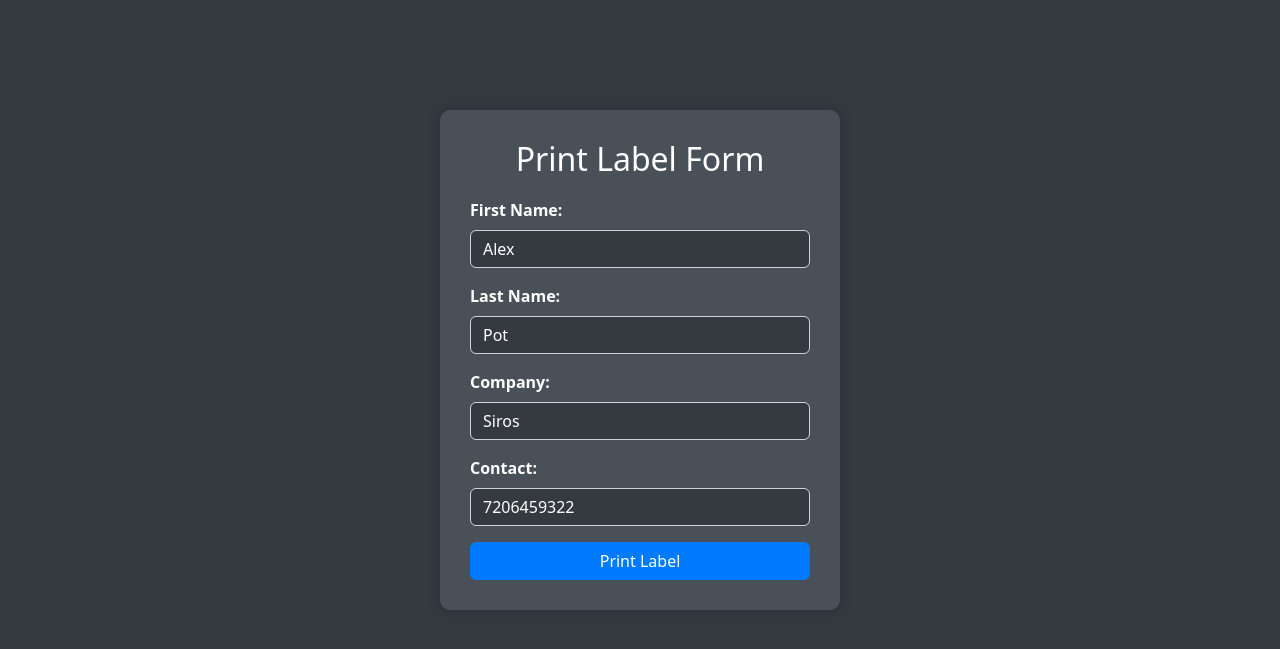
Repository: koenig39/brather
Page: templates/form.html
The author's editor kept a copy of each file at every save. The page is drawn from the files as they stood at one save, then again after the next save.
The browser window is 1280 px wide. The pictures show the whole page.

Above is the page before, as saved 2024-10-24 17:53:49.

### templates/form.html
<!DOCTYPE html>
<html lang="en">
<head>
    <meta charset="UTF-8">
    <meta http-equiv="X-UA-Compatible" content="IE=edge">
    <meta name="viewport" content="width=device-width, initial-scale=1.0">
    <title>Print Label Form</title>
    <!-- Bootstrap CSS -->
    <link href="https://cdn.jsdelivr.net/npm/bootstrap@5.3.0-alpha3/dist/css/bootstrap.min.css" rel="stylesheet">
    <style>
        body {
            background-color: #343a40;
            color: white;
            display: flex;
            justify-content: center;
            align-items: center;
            height: 100vh;
            margin: 0;
        }
        .form-container {
            background-color: #495057;
            padding: 30px;
            border-radius: 10px;
            box-shadow: 0 0 15px rgba(0, 0, 0, 0.2);
            width: 100%;
            max-width: 400px;
        }
        h2 {
            text-align: center;
            margin-bottom: 20px;
        }
        label {
            font-weight: bold;
        }
        .form-control {
            background-color: #343a40;
            color: white;
            border: 1px solid #ced4da;
        }
        .form-control:focus {
            background-color: #343a40;
            color: white;
            border-color: #86b7fe;
        }
        .btn-primary {
            background-color: #007bff;
            border-color: #007bff;
        }
        .btn-primary:hover {
            background-color: #0056b3;
            border-color: #004085;
        }
    </style>
</head>
<body>
    <div class="form-container">
        <h2>Print Label Form</h2>
        <form action="/submit" method="POST">
            <div class="mb-3">
                <label for="fname" class="form-label">First Name:</label>
                <input type="text" class="form-control" id="fname" name="fname" value="Alex" required>
            </div>

            <div class="mb-3">
                <label for="lname" class="form-label">Last Name:</label>
                <input type="text" class="form-control" id="lname" name="lname" value="Pot" required>
            </div>

            <div class="mb-3">
                <label for="company" class="form-label">Company:</label>
                <input type="text" class="form-control" id="company" name="company" value="Siros" required>
            </div>

            <div class="mb-3">
                <label for="contact" class="form-label">Contact:</label>
                <input type="text" class="form-control" id="contact" name="contact" value="7206459322" required>
            </div>

            <div class="d-grid">
                <button type="submit" class="btn btn-primary">Print Label</button>
            </div>
        </form>
    </div>

    <!-- Bootstrap JS (optional, for features like modals, tooltips) -->
    <script src="https://cdn.jsdelivr.net/npm/bootstrap@5.3.0-alpha3/dist/js/bootstrap.bundle.min.js"></script>
</body>
</html>

After the next save:
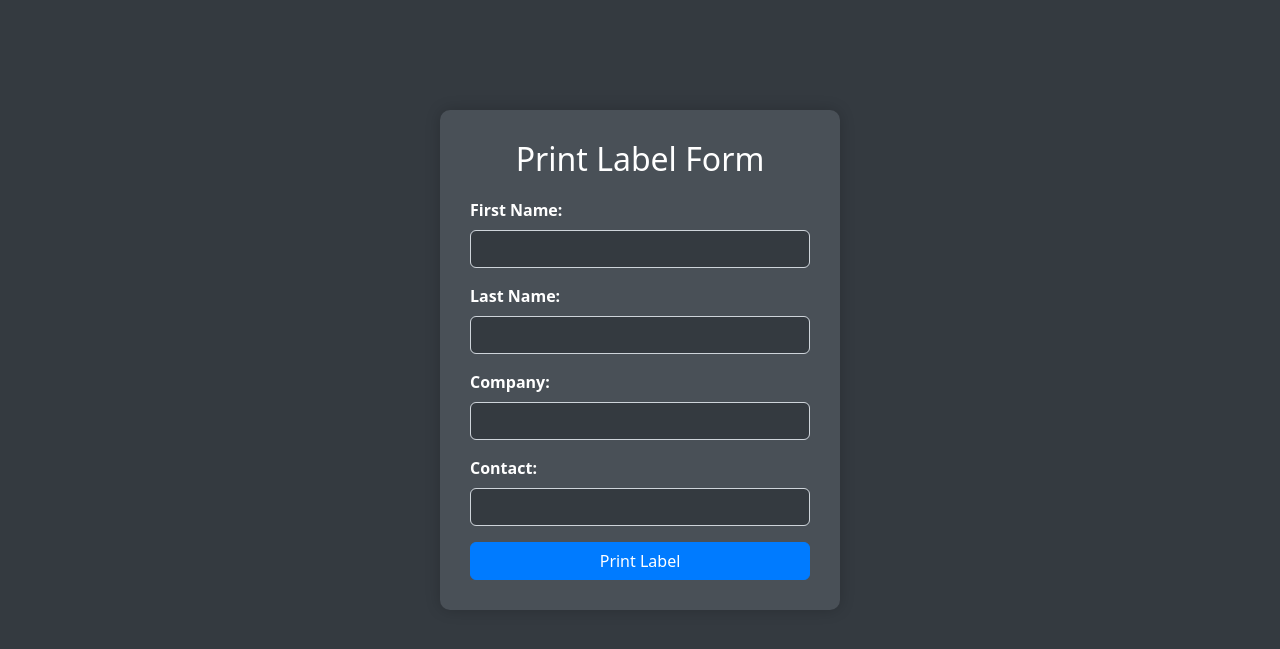
Saved 36 s later.
--- a/templates/form.html
+++ b/templates/form.html
@@ -58,22 +58,22 @@
         <form action="/submit" method="POST">
             <div class="mb-3">
                 <label for="fname" class="form-label">First Name:</label>
-                <input type="text" class="form-control" id="fname" name="fname" value="Alex" required>
+                <input type="text" class="form-control" id="fname" name="fname" required>
             </div>
 
             <div class="mb-3">
                 <label for="lname" class="form-label">Last Name:</label>
-                <input type="text" class="form-control" id="lname" name="lname" value="Pot" required>
+                <input type="text" class="form-control" id="lname" name="lname" required>
             </div>
 
             <div class="mb-3">
                 <label for="company" class="form-label">Company:</label>
-                <input type="text" class="form-control" id="company" name="company" value="Siros" required>
+                <input type="text" class="form-control" id="company" name="company" required>
             </div>
 
             <div class="mb-3">
                 <label for="contact" class="form-label">Contact:</label>
-                <input type="text" class="form-control" id="contact" name="contact" value="7206459322" required>
+                <input type="text" class="form-control" id="contact" name="contact"  required>
             </div>
 
             <div class="d-grid">
